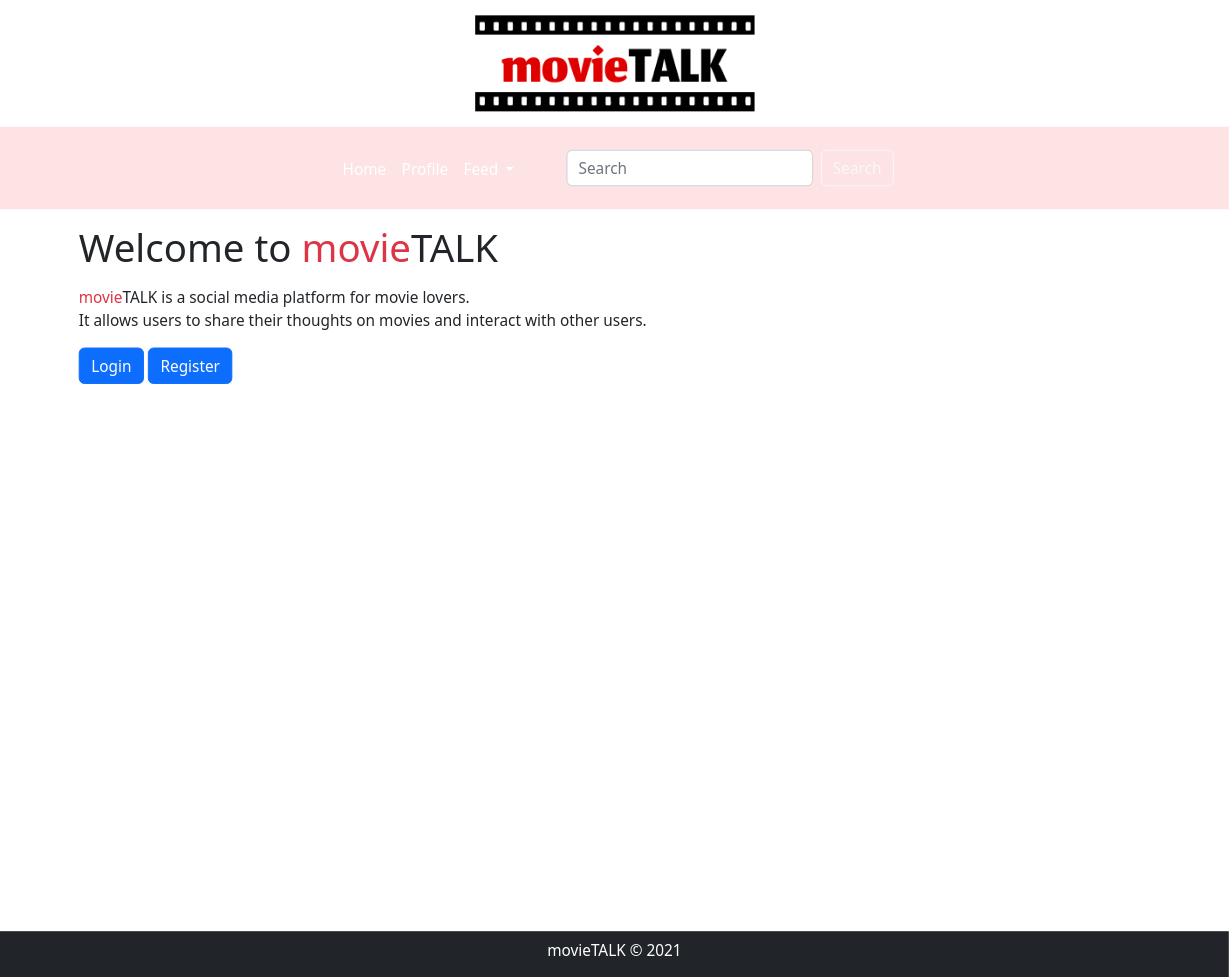
Repository: runeunhjem/css-frameworks-ca
Page: index.html
The author's editor kept a copy of each file at every save. The page is drawn from the files as they stood at one save, then again after the next save.
The browser window is 1280 px wide. The pictures show the whole page, at 96% of full size.
Some web libraries are served in a nearby version. The style sheet was rebuilt from its Sass, Less or Tailwind sources for each picture, by a compiler version that may differ from the author's.

Above is the page before, as saved 2023-08-24 15:55:20.

### index.html
<!DOCTYPE html>
<html lang="en">
<head>
  <meta charset="UTF-8">
  <meta name="viewport" content="width=device-width, initial-scale=1.0">
  <link rel="stylesheet" href="node_modules/bootstrap/dist/css/bootstrap.min.css">
  <link rel="stylesheet" href="dist/css/index.css">
  <script src="node_modules/bootstrap/dist/js/bootstrap.bundle.min.js"></script>
  <title>movieTALK | Home</title>
</head>
<body>
<header>
  <div class="header-logo my-3">
    <div class="row">
      <div class="col">
        <a class="navbar-brand" href="index.html" alt="movieTALK Logo"><span class="visually-hidden">Home</span></a>
      </div>
    </div>
  </div>
  <nav class="navbar navbar-expand-md pt-4">
    <div class="container-fluid d-flex align-items-start justify-content-center max-width-800 ">
      <div class="row">
        <div class="col-3 col-sm-4 col-md-6">
          <button class="navbar-toggler bg-light mb-2 me-3" type="button" data-bs-toggle="collapse" data-bs-target="#navbarSupportedContent" aria-controls="navbarSupportedContent" aria-expanded="false" aria-label="Toggle navigation">
            <span class="navbar-toggler-icon"></span>
          </button>
          <div class="collapse navbar-collapse" id="navbarSupportedContent">
            <ul class="navbar-nav me-auto mb-2 mb-lg-0">
              <li class="nav-item">
                <a class="nav-link text-white active" aria-current="page" href="#">Home</a>
              </li>
              <li class="nav-item">
                <a class="nav-link text-white" href="profile/index.html">Profile</a>
              </li>
              <li class="nav-item dropdown">
                <a class="nav-link text-white dropdown-toggle" href="#" role="button" data-bs-toggle="dropdown" aria-expanded="false">
                  Feed
                </a>
                <ul class="dropdown-menu dropdown-menu-dark m-0">
                  <li><a class="dropdown-item" href="feed/index.html">Feed</a></li>
                  <li><a class="dropdown-item" href="feed/index.html#post">Post</a></li>
                  <li><hr class="dropdown-divider"></li>
                  <li><a class="dropdown-item" href="index.html">Sign Out</a></li>
                </ul>
              </li>
            </ul>
          </div>
        </div>
      </div>
        <div class="col-9 col-sm-8 col-md-6 d-flex align-items-start justify-content-end">
          <form class="d-flex mb-3" role="search">
            <input class="form-control me-2 max-width-300" type="search" placeholder="Search" aria-label="Search">
            <button class="btn btn-outline-light" type="submit">Search</button>
          </form>
      </div>
    </div>
    </div>
  </nav>
</header>
<main class="vh-100 mt-3">
  <div class="container justify-content-center">
    <div class="row">
      <div class="col">
        <h1>Welcome to <span class="text-danger">movie</span>TALK</h1>
        <p class="mt-3 mb-0"><span class="text-danger">movie</span>TALK is a social media platform for movie lovers.</p>
        <p class="mt-0">It allows users to share their thoughts on movies and interact with other users.</p>
        <a href="login.php" class="btn btn-primary">Login</a>
        <a href="register.php" class="btn btn-primary">Register</a>
      </div>
    </div>
  </div>
</main>
<footer>
  <div class="container-fluid bg-dark mt-3">
    <div class="row">
      <div class="col">
        <p class="text-white text-center mt-2">movieTALK &copy; 2021</p>
      </div>
    </div>
  </div>
</footer>
</body>
</html>

### src/scss/index.scss
@import "../../node_modules/bootstrap/scss/functions";
@import "variables";
@import "../../node_modules/bootstrap/scss/bootstrap";
@import "../../node_modules/bootstrap/scss/variables";
@import "../../node_modules/bootstrap/scss/maps";
@import "../../node_modules/bootstrap/scss/mixins";
@import "../../node_modules/bootstrap/scss/root";

.header-logo {
  background-image: url("../../img/logo.png");
  background-size: contain;
  background-repeat: no-repeat;
  background-position: center;
  width: 100%;
  height: 100px;
}

.max-width-800 {
  max-width: 800px;
}
.max-width-300 {
  max-width: 300px;
}

.navbar {
  background-color: #fde3e3;
}

### src/scss/_variables.scss
// $body-bg: #ffe0e0;
// $body-color: #111;


// $primary: #d95700;
// $danger: #a10d64;
// $light: #db7f7f;

Loaded but not shown: js/bootstrap.bundle.min.js (library)

After the next save:
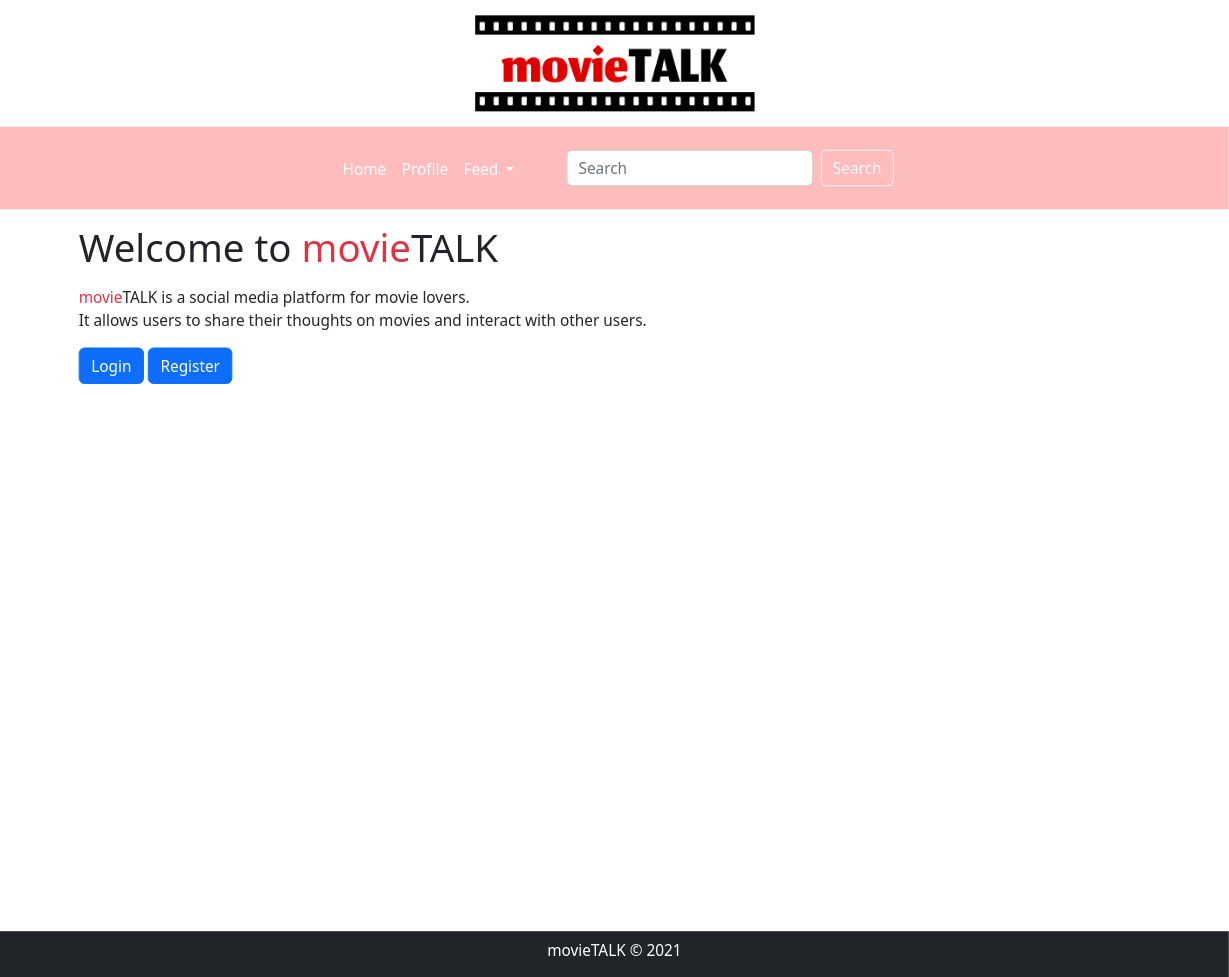
Saved 4 s later.
--- a/src/scss/index.scss
+++ b/src/scss/index.scss
@@ -23,5 +23,5 @@
 }
 
 .navbar {
-  background-color: #fde3e3;
+  background-color: #ffbcbc;
 }
